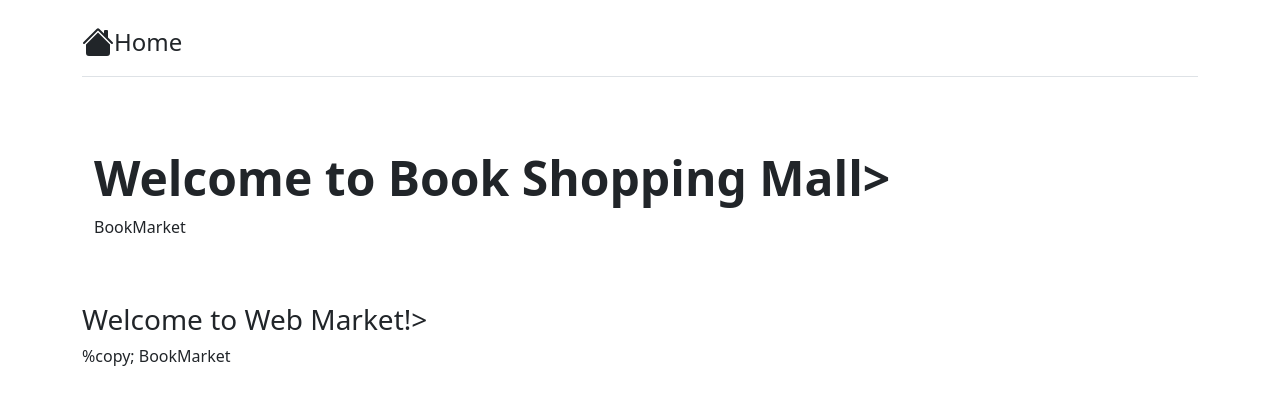
Repository: sanghyunlee7680/JSP-practice
Page: http://localhost/bookmarket/
An editor plug-in stored every save of this project. The page is shown before and after the next save, followed by the edit.
The browser window is 1280 px wide. The pictures show the whole page.
The page is served by Tomcat 10.

Above is the page before, as saved 2024-10-08 02:31:03.

After the next save:
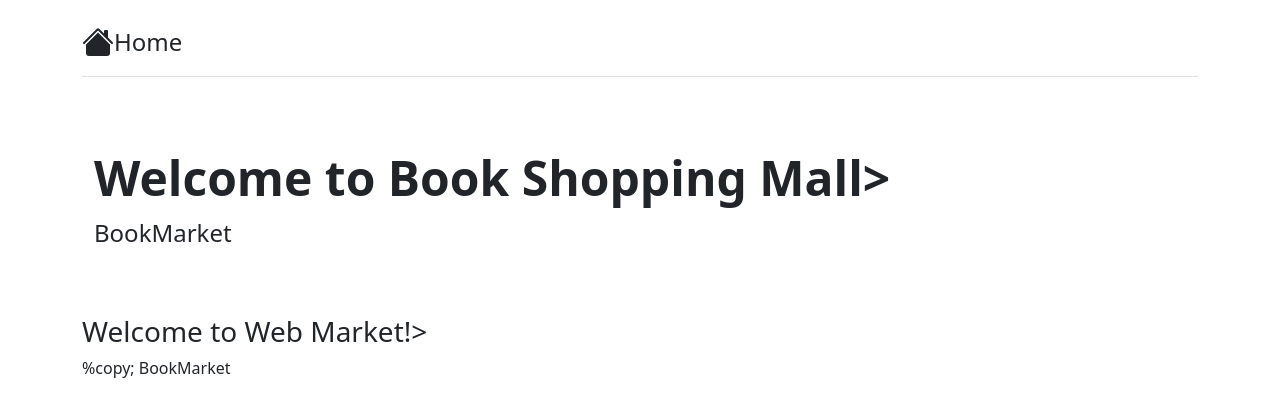
Saved 14 s later.
--- a/bookmarket/src/main/webapp/welcome.jsp
+++ b/bookmarket/src/main/webapp/welcome.jsp
@@ -24,7 +24,7 @@
 		%>
 		<div class="container-fluid py-5">
 			<h1 class="display-5 fw-bold"><%=greeting  %>></h1>
-			<p>BookMarket</p>
+			<p class="col-md-8 fs-4">BookMarket</p>
 		</div>
 		<div>
 			<div>
